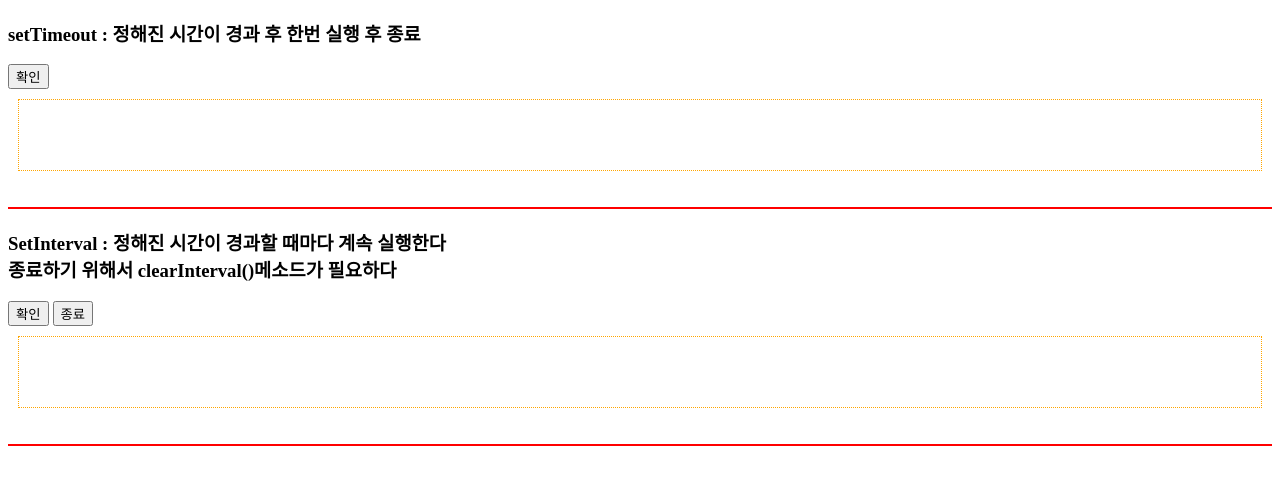
Repository: solsol7/ddit-html
Page: webpro/WebContent/0712/타임아웃인터발.html
An editor plug-in stored every save of this project. The page is shown before and after the next save, followed by the edit.
The browser window is 1280 px wide. The pictures show the whole page.
After loading, the first visible `input[onclick="proc2()"]` was clicked once.

Above is the page before, as saved 2023-07-12 08:00:17.
Console error: ReferenceError: vres1 is not defined

After the next save:
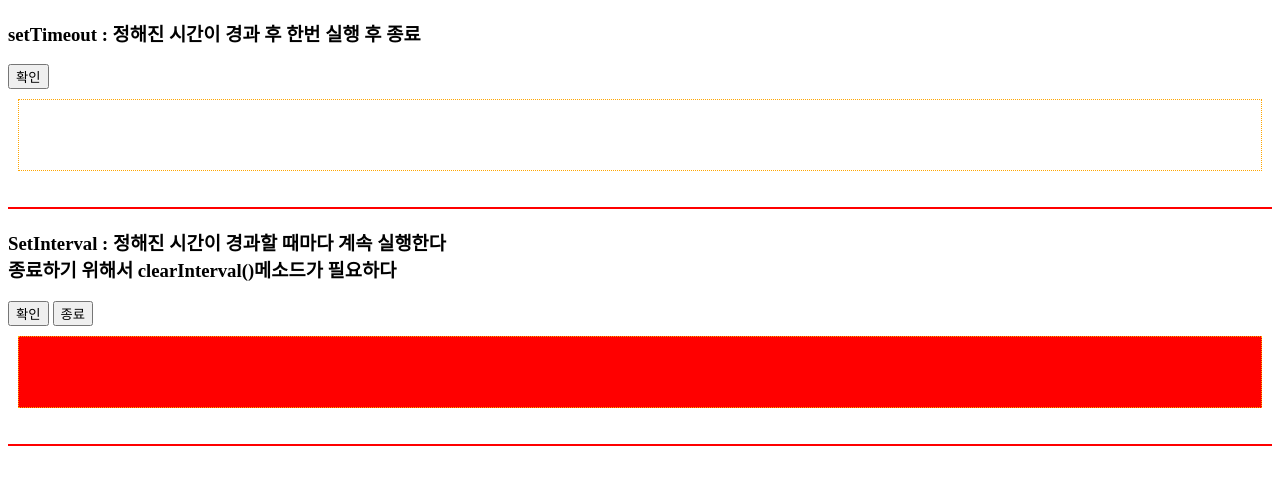
The error is gone.
Saved 42 s later.
--- a/webpro/WebContent/0712/타임아웃인터발.html
+++ b/webpro/WebContent/0712/타임아웃인터발.html
@@ -27,7 +27,7 @@ proc2 = () => {
 
 	//setInterval(function(){ }, 500)
 	setInterval( () => {
-		vres1.style.backgroundColor = 'red';
+		vres2.style.backgroundColor = 'red';
 	}, 500);
 }
 </script>
